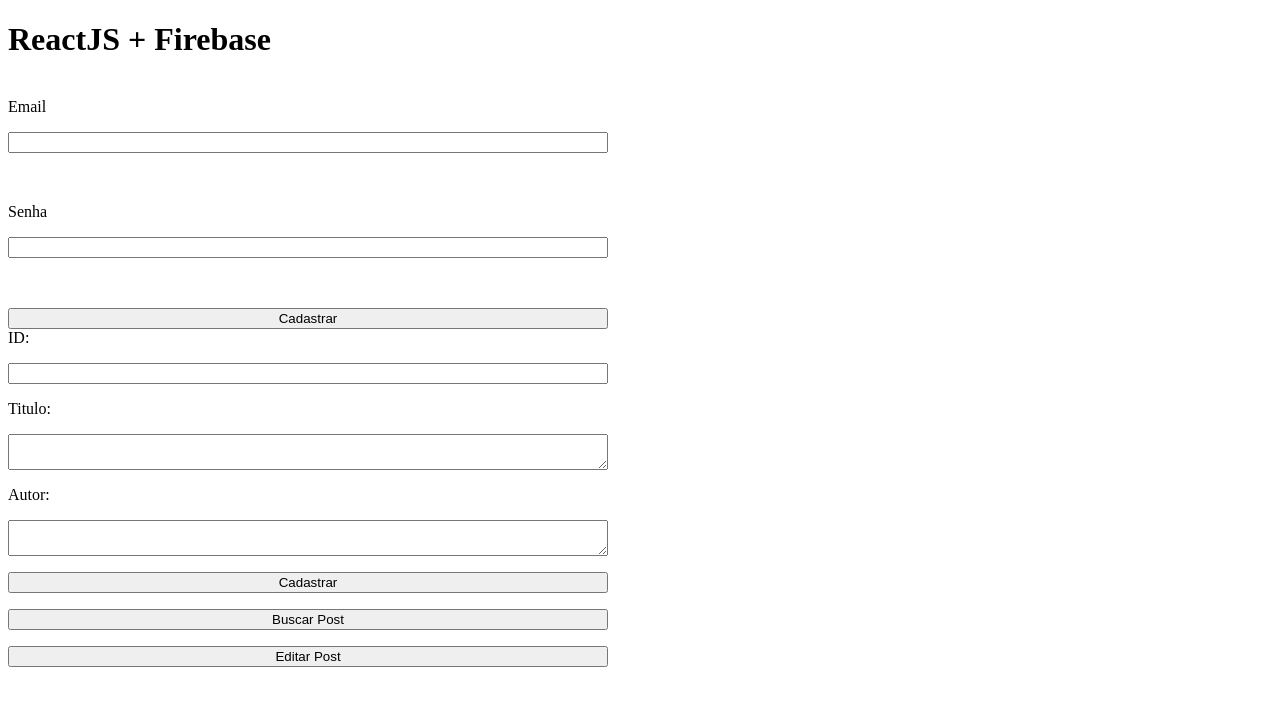
Repository: joaoaspimienta/Estudos-de-firebase
Page: /
An editor plug-in stored every save of this project. The page is shown before and after the next save, followed by the edit.
The browser window is 1280 px wide. The pictures show the whole page.
The page's requests for data from a server got no answer. The project was rebuilt for these pictures with package versions that can differ from the ones it lists, and the page was loaded fresh each time. No one was signed in, and anything a server would have sent is missing.

Above is the page before, as saved 2022-06-13 09:21:46.

After the next save:
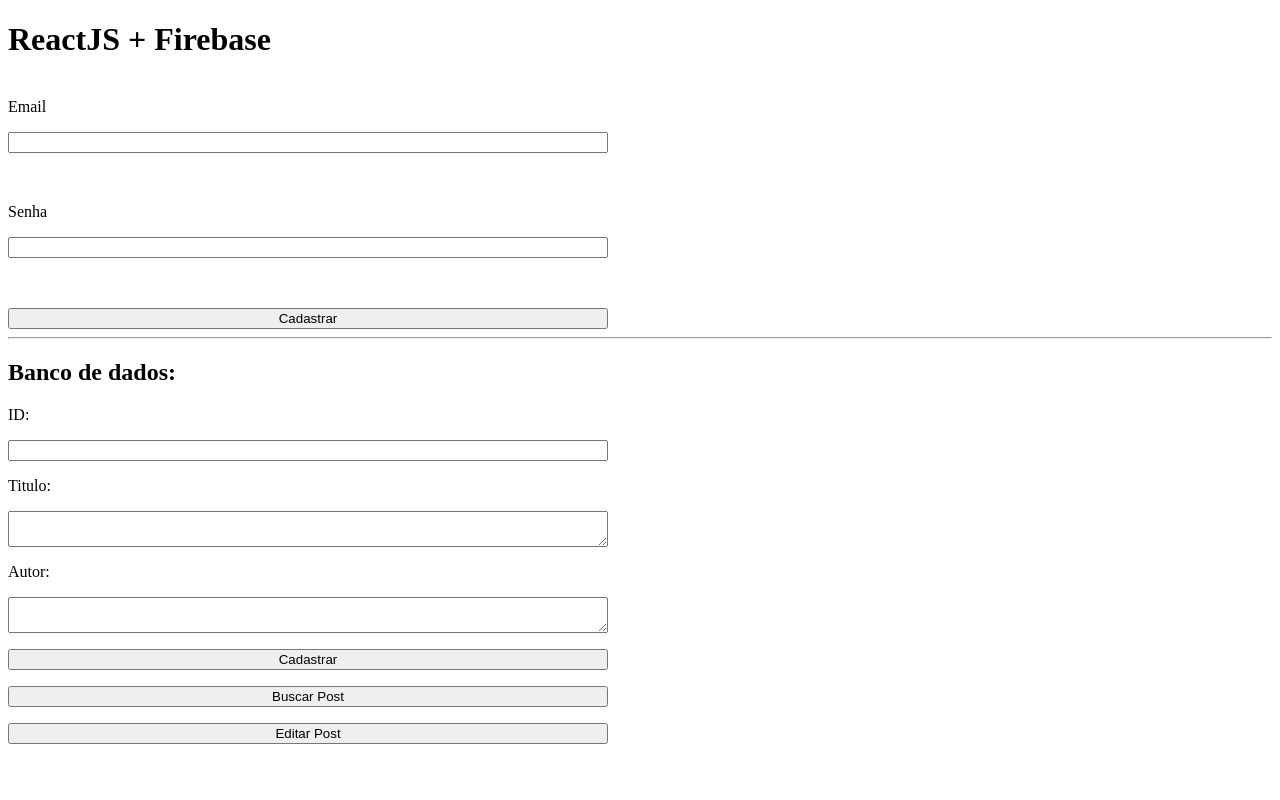
Saved 75 s later.
--- a/src/App.js
+++ b/src/App.js
@@ -149,7 +149,8 @@
         <br />
         <button onClick={novoUsuario}>Cadastrar</button>
       </div>
-
+      <hr />
+      <h2>Banco de dados:</h2>
       <div className="container">
         <label>ID:</label>
         <input
